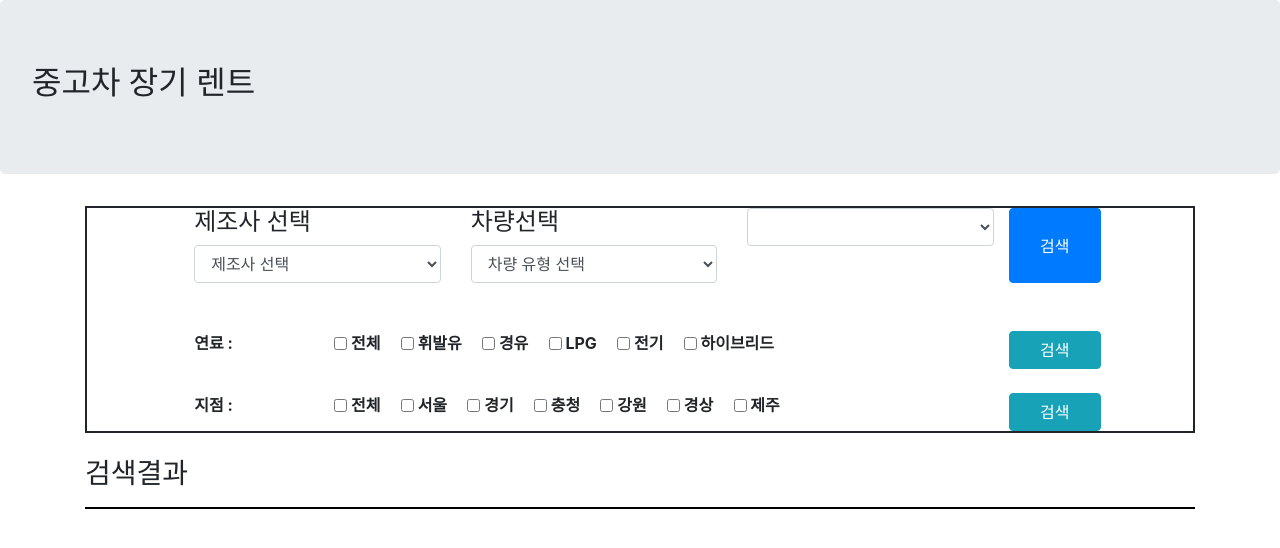
Repository: hyebinkim00/Project
Page: http://localhost/jsp/long_lent_oldcar/searchList.jsp
These files come from the project's save history. The page is drawn as it stood at one moment and after the next save; the edit follows.
The browser window is 1280 px wide. The pictures show the whole page.
The page is served by Tomcat 9. Other server files are loaded and not shown. Queries for data that is not in the repository find no rows.

Above is the page before, as saved 2020-09-22 08:35:11.

### jsp/WebContent/long_lent_oldcar/searchList.jsp
<%@page import="java.net.URLEncoder"%>
<%@ page language="java" contentType="text/html; charset=UTF-8"
    pageEncoding="UTF-8"%>
<%@taglib prefix="c" uri="http://java.sun.com/jsp/jstl/core" %>
<%@taglib prefix="sql" uri="http://java.sun.com/jsp/jstl/sql"  %>

<%
request.setCharacterEncoding("utf-8");
String facname1 =request.getParameter("sellist1");
String cartype1 =request.getParameter("sellist2");
String carnum1 =request.getParameter("sellist3");

String checkBoxes1[] =request.getParameterValues("example1");
String chekcBoxex2[] =request.getParameterValues("example2");
%>
<!DOCTYPE html>
<html>
<head>
<meta charset="UTF-8">
  <meta name="viewport" content="width=device-width, initial-scale=1">
  <script src="https://ajax.googleapis.com/ajax/libs/jquery/3.5.1/jquery.min.js"></script>

  <script src="https://cdnjs.cloudflare.com/ajax/libs/popper.js/1.16.0/umd/popper.min.js"></script>
  <script src="https://maxcdn.bootstrapcdn.com/bootstrap/4.5.2/js/bootstrap.min.js"></script>
  <link rel="stylesheet" href="../resources/css/bootstrap.min.css" />

<title>중고차 장기 검색</title>

<script>
function subtest(){
let a=documenet.getElementById("sellist2").value;
alert(a);
}
</script>

<script>
$(document).ready(function(){
	$("input:checkbox[name=example1]").on("click",function(){
		if(($('#sellist1').val()!='제조사 선택') && ($('#sellist2').val()=='차량 유형 선택')){
			alert('차량 유형을 선택하세요!');
			$("input:checkbox[name=example1]").prop("checked", false);
			$('#sellist2').focus();
			$('#tess1').prop("disabled",true);
		}
		else{$('#tess1').prop("disabled",false);}
		let cont=$("input:checkbox[name=example1]:checked").length;
		alert(cont);
		let cont5=$("input:checkbox[name=example1]:checked").val();
		if(cont5=='전체'){$("input:checkbox[name=example1]").not(this).prop("disabled", "disabled");
		$("input:checkbox[name=example1]").not(this).prop("checked", false);

		}else {
	            $("input[name=example1]:checkbox").prop("disabled",false);
	        }
		if(cont>2){
			$(this).prop("checked", false);
			alert("2개이상 선택 불가능 ");
		}

	});

});
</script>

<script>
$(document).ready(function(){
	$("input:checkbox[name=example2]").on("click",function(){
		if(($('#sellist1').val()!='제조사 선택') && ($('#sellist2').val()=='차량 유형 선택')){
			alert('차량 유형을 선택하세요!');
			$("input:checkbox[name=example2]").prop("checked", false);
			$('#sellist2').focus();
			$('#tess2').prop("disabled",true);
		}
		else{$('#tess1').prop("disabled",false);}
		let cont=$("input:checkbox[name=example2]:checked").length;
		alert(cont);
		let cont5=$("input:checkbox[name=example2]:checked").val();
		if(cont5=='전체'){$("input:checkbox[name=example2]").not(this).prop("disabled", "disabled");
		$("input:checkbox[name=example2]").not(this).prop("checked", false);

		}else {
	            $("input[name=example2]:checkbox").prop("disabled",false);
	        }



		if(cont>2){
			$(this).prop("checked", false);
			alert("2개이상 선택 불가능 ");
		}

	});

});
</script>
</head>
<body>
<script>
function goDate1(){
	let form= document.userinput;
	document.getElementById("sellist2").value=null;
	form.submit();

}
</script>

<script>
function goDate2(){
	let form= document.userinput;
	document.getElementById("sellist3").value=null;
	form.submit();

}
</script>



<script>
function optest(){
	if((($('#sellist1').val()!='제조사 선택')) && (($('#sellist2').val()=='차량 유형 선택')) && ($("input:checkbox[name=example1]:checked").length!=0) ){
		alert('차량 유형을 먼저 선택하세요');
	$("input:checkbox[name=example1]").prop("checked", false);
	}

}</script>



<div class="jumbotron">
<h2>중고차 장기 렌트</h2>
  </div>



  <div class="container">

  <div class="container" style="border:solid 2px;">

 <form method="post" action="#" name="userinput" >
    <div class="row" >
     <span class="col-sm-1">&nbsp;</span>
     <div class="col-sm-3">
     <sql:setDataSource var="dataSource"
			url="jdbc:oracle:thin:@localhost:1521:XE"
			driver="oracle.jdbc.driver.OracleDriver"
			user="hr" password="hr"/>

			<sql:query var="resultSet" dataSource="${dataSource}">
			select distinct facname from member
			</sql:query>
		 <h4>제조사 선택</h4>
       <select  class="form-control" id="sellist1" name="sellist1" onchange="goDate1()" >
        <option>제조사 선택 </option>
        <c:forEach var="row" items="${resultSet.rows}">
        	<option value="<c:out value="${row.facname}"/>" <c:if test="${param.sellist1==row.facname}">selected</c:if>><c:out value="${row.facname}"/></option>
        </c:forEach>
      </select>
      </div>

      <sql:query var="resultSet" dataSource="${dataSource}">
			select distinct cartype from member where facname=?
			 <sql:param value="${param.sellist1}"/>
			</sql:query>

      <div class="col-sm-3">
     <h4>차량선택</h4>
      <select class="form-control" id="sellist2" name="sellist2" onchange="goDate2()"  >
        <option>차량 유형 선택</option>
        <option value="all" <c:if test="${param.sellist2=='all'}">selected</c:if>>전체</option>
       <c:forEach var="row" items="${resultSet.rows}">
				<option value="<c:out value="${row.cartype}"/>" <c:if test="${param.sellist2==row.cartype}">selected</c:if>><c:out value="${row.cartype}"/></option>
				</c:forEach>
      </select>
      </div>

      <div class="col-sm-3">
    <sql:query var="resultSet" dataSource="${dataSource}">
			select distinct carnum from member where facname=? and cartype=? order by carnum
			 <sql:param value="${param.sellist1}"/>
			 <sql:param value="${param.sellist2}"/>
			</sql:query>

			  <c:if test="${param.sellist2=='all'}">
      <sql:query var="resultSet" dataSource="${dataSource}">
       select distinct carnum from member where facname=? order by carnum
      <sql:param value="${param.sellist1}"/>
      </sql:query>
      </c:if>

      <select class="form-control" id="sellist3" name="sellist3" >
        <option disabled>차량 선택 </option>
       <c:forEach var="row" items="${resultSet.rows}">
				<option value="<c:out value="${row.carnum}"/>" <c:if test="${param.sellist3==row.carnum}">selected</c:if>><c:out value="${row.carnum}"/></option>
				</c:forEach>
      </select>
      </div>

 <input id="tess" type="submit" class="btn btn-primary col-sm-1" value="검색" onclick="optest()">


    </div>


  <br><br>


     <div class="row">
     <span class="col-sm-1"> &nbsp;&nbsp;&nbsp;</span>
    <span class="col-sm-1"><strong>연료 :</strong></span>

     <div class="col-sm-8">
      <span class="col-sm-1">&nbsp;&nbsp;&nbsp;</span>
     <c:if test="${not empty paramValues.example1 }">

     <c:set var="ff" value="${paramValues.example1[0]}"/>
     <c:set var="ff1" value="${paramValues.example1[1]}"/>
      </c:if>
    <div class="form-check-inline">
       <input <c:if test="${ff=='전체' or ff1=='전체'}">checked</c:if>  type="checkbox" value="전체" name="example1"><strong>&nbsp;전체&nbsp;</strong>
    </div>
    <div class="form-check-inline">
      <input <c:if test="${ff=='휘발유' or ff1=='휘발유'}">checked</c:if>   type="checkbox" value="휘발유" name="example1"><strong>&nbsp;휘발유&nbsp;</strong>
    </div>
     <div class="form-check-inline">
      <input <c:if test="${ff=='경유' or ff1=='경유'}">checked</c:if>    type="checkbox" value="경유" name="example1"><strong>&nbsp;경유&nbsp;</strong>
    </div>
     <div class="form-check-inline">
      <input <c:if test="${ff=='LPG' or ff1=='LPG'}">checked</c:if>   type="checkbox" value="LPG" name="example1"><strong>&nbsp;LPG&nbsp;</strong>
    </div>
    <div class="form-check-inline">
      <input  <c:if test="${ff=='전기' or ff1=='전기'}">checked</c:if>    type="checkbox" value="전기" name="example1"><strong>&nbsp;전기&nbsp;</strong>
    </div>
    <div class="form-check-inline">
      <input <c:if test="${ff=='하이브리드' or ff1=='하이브리드'}">checked</c:if>   type="checkbox" value="하이브리드" name="example1"><strong>&nbsp;하이브리드&nbsp;</strong>
    </div>
    <c:remove var="ff"/>
    <c:remove var="ff1"/>
    </div>



   <input id="tess1" type="submit" value="검색" class= "btn btn-info col-sm-1" onclick="optest()">
  </div>





  <br>


     <div class="row">
     <span class="col-sm-1">&nbsp;&nbsp;&nbsp;</span>
    <span class="col-sm-1"><strong>지점 :</strong></span>

    <div class="col-sm-8">
     <span class="col-sm-1">&nbsp;&nbsp;&nbsp;</span>
       <c:if test="${not empty paramValues.example2 }">

     <c:set var="dd" value="${paramValues.example2[0]}"/>
     <c:set var="dd1" value="${paramValues.example2[1]}"/>
      </c:if>
    <div class="form-check-inline">
       <input <c:if test="${dd=='전체' or dd1=='전체'}">checked</c:if> type="checkbox" value="전체" name="example2"><strong>&nbsp;전체&nbsp;</strong>
    </div>

    <div class="form-check-inline">
      <input  <c:if test="${dd=='서울' or dd1=='서울'}">checked</c:if> type="checkbox" value="서울" name="example2"><strong>&nbsp;서울&nbsp;</strong>
    </div>

     <div class="form-check-inline">
      <input  <c:if test="${dd=='경기' or dd1=='경기'}">checked</c:if> type="checkbox" value="경기" name="example2"><strong>&nbsp;경기&nbsp;</strong>
    </div>

     <div class="form-check-inline">
      <input  <c:if test="${dd=='충청' or dd1=='충청'}">checked</c:if> type="checkbox" value="충청" name="example2"><strong>&nbsp;충청&nbsp;</strong>
    </div>

    <div class="form-check-inline">
      <input <c:if test="${dd=='강원' or dd1=='강원'}">checked</c:if> type="checkbox" value="강원" name="example2"><strong>&nbsp;강원&nbsp;</strong>
    </div>

    <div class="form-check-inline">
      <input <c:if test="${dd=='경상' or dd1=='경상'}">checked</c:if> type="checkbox" value="경상" name="example2"><strong>&nbsp;경상&nbsp;</strong>
    </div>

    <div class="form-check-inline">
      <input <c:if test="${dd=='제주' or dd1=='제주'}">checked</c:if> type="checkbox" value="제주" name="example2"><strong>&nbsp;제주&nbsp;</strong>
    </div>
     <c:remove var="dd"/>
    <c:remove var="dd1"/>
    </div>
    <input id="tess2" type="submit" value="검색" class="btn btn-info col-sm-1" onclick="optest()">
  </div>
    </form>


  </div>
</div>



<div class="container">
<br>
<h3>검색결과</h3>
<hr style="border: solid 1px black " />

<div class="row" >

<sql:setDataSource var="dataSource"
			url="jdbc:oracle:thin:@localhost:1521:XE"
			driver="oracle.jdbc.driver.OracleDriver"
			user="hr" password="hr"/>



<c:choose>
<c:when test="${param.sellist1==null or param.sellist2==null or param.sellist3==null}">
<sql:query var="resultSet" dataSource="${dataSource}">
			select * from member
			</sql:query>

<c:if test="${not empty paramValues.example1 and empty paramValues.example2}">
 	<c:set var="ff" value="${paramValues.example1[0]}"/>
    <c:set var="ff1" value="${paramValues.example1[1]}"/>

<sql:query var="resultSet" dataSource="${dataSource}">
select * from member where fuel=? or fuel=?
 <sql:param value="${ff}"/>
 <sql:param value="${ff1}"/>

</sql:query>

 <c:if test="${ff=='전체'}">
		<sql:query var="resultSet" dataSource="${dataSource}">
			select * from member
			</sql:query>
  </c:if>

</c:if>

  <c:if test="${empty paramValues.example1 and  not empty paramValues.example2 }">

 <c:set var="dd" value="${paramValues.example2[0]}"/>
     <c:set var="dd1" value="${paramValues.example2[1]}"/>
<sql:query var="resultSet" dataSource="${dataSource}">
select * from member where lentoffice=? or lentoffice=?

 <sql:param value="${dd}"/>
 <sql:param value="${dd1}"/>

</sql:query>

 <c:if test="${dd=='전체'}">
		<sql:query var="resultSet" dataSource="${dataSource}">
			select * from member
			</sql:query>
  </c:if>

</c:if>

  <c:if test="${not empty paramValues.example1 and not empty paramValues.example2}">
 <c:set var="ff" value="${paramValues.example1[0]}"/>
     <c:set var="ff1" value="${paramValues.example1[1]}"/>
      <c:set var="dd" value="${paramValues.example2[0]}"/>
     <c:set var="dd1" value="${paramValues.example2[1]}"/>

<sql:query var="resultSet" dataSource="${dataSource}">
select * from (select * from member where fuel=? or fuel=?) where lentoffice=? or lentoffice=?


 <sql:param value="${ff}"/>
 <sql:param value="${ff1}"/>
  <sql:param value="${dd}"/>
 <sql:param value="${dd1}"/>
</sql:query>


 <c:if test="${ff=='전체' and dd=='전체'}">
		<sql:query var="resultSet" dataSource="${dataSource}">
			select * from member
			</sql:query>
  </c:if>

  <c:if test="${ff=='전체' and dd!='전체'}">
		<sql:query var="resultSet" dataSource="${dataSource}">
			select * from member where lentoffice=? or lentoffice=?
			  <sql:param value="${dd}"/>
 			<sql:param value="${dd1}"/>
			</sql:query>
  </c:if>
    <c:if test="${ff!='전체' and dd=='전체'}">
		<sql:query var="resultSet" dataSource="${dataSource}">
			select * from member where fuel=? or fuel=?
			<sql:param value="${ff}"/>
 			<sql:param value="${ff1}"/>
			</sql:query>
  </c:if>


</c:if>
</c:when>

	<c:when test="${empty paramValues.example1 and not empty param.sellist3 and not empty paramValues.example2}">

	<sql:query var="resultSet" dataSource="${dataSource}">
	<c:set var="dd" value="${paramValues.example2[0]}"/>
     <c:set var="dd1" value="${paramValues.example2[1]}"/>
	select * from member where facname=? and cartype=? and carnum=? and lentoffice=? or lentoffice=?
	<sql:param value="${param.sellist1}"></sql:param>
	<sql:param value="${param.sellist2}"></sql:param>
	<sql:param value="${param.sellist3}"></sql:param>
	 <sql:param value="${dd}"/>
	  <sql:param value="${dd1}"/>
	</sql:query>


	<c:if test="${param.sellist2=='all' and dd!='전체'}">
	<sql:query var="resultSet" dataSource="${dataSource}">
	select * from member where facname=? and carnum=? and lentoffice=? or lentoffice=?
	<sql:param value="${param.sellist1}"></sql:param>
	<sql:param value="${param.sellist3}"></sql:param>
	<sql:param value="${dd}"/>
	  <sql:param value="${dd1}"/>
	</sql:query>
	</c:if>

	 <c:if test="${param.sellist2!='all' and  dd=='전체'}">
		<sql:query var="resultSet" dataSource="${dataSource}">
		select * from member where facname=? and cartype=? and carnum=?
	<sql:param value="${param.sellist1}"></sql:param>
	<sql:param value="${param.sellist2}"></sql:param>
	<sql:param value="${param.sellist3}"></sql:param>
			</sql:query>
  </c:if>

  <c:if test="${param.sellist2=='all' and dd=='전체'}">
	<sql:query var="resultSet" dataSource="${dataSource}">
	select * from member where facname=? and carnum=?
	<sql:param value="${param.sellist1}"></sql:param>
	<sql:param value="${param.sellist3}"></sql:param>

	</sql:query>
	</c:if>

</c:when>

	<c:when test="${empty paramValues.example1 and not empty param.sellist3 and empty paramValues.example2}">

	<sql:query var="resultSet" dataSource="${dataSource}">

	select * from member where facname=? and cartype=? and carnum=?
	<sql:param value="${param.sellist1}"></sql:param>
	<sql:param value="${param.sellist2}"></sql:param>
	<sql:param value="${param.sellist3}"></sql:param>

	</sql:query>


	<c:if test="${param.sellist2=='all'}">
	<sql:query var="resultSet" dataSource="${dataSource}">
	select * from member where facname=? and carnum=?
	<sql:param value="${param.sellist1}"></sql:param>
	<sql:param value="${param.sellist3}"></sql:param>
	</sql:query>
	</c:if>
</c:when>

<c:when test="${not empty paramValues.example1 and not empty param.sellist3 and  empty paramValues.example2}">

	<sql:query var="resultSet" dataSource="${dataSource}">
	<c:set var="ff" value="${paramValues.example1[0]}"/>
     <c:set var="ff1" value="${paramValues.example1[1]}"/>

select * from (select * from member where facname=? and cartype=? and carnum=?) where  fuel=? or fuel=?
	<sql:param value="${param.sellist1}"></sql:param>
	<sql:param value="${param.sellist2}"></sql:param>
	<sql:param value="${param.sellist3}"></sql:param>
	 <sql:param value="${ff}"/>
	  <sql:param value="${ff1}"/>
	</sql:query>


	<c:if test="${param.sellist2=='all' and ff!='전체'}">
	<sql:query var="resultSet" dataSource="${dataSource}">
	select * from (select * from member where facname=? and carnum=?) where fuel=? or fuel=?
	<sql:param value="${param.sellist1}"></sql:param>
	<sql:param value="${param.sellist3}"></sql:param>
	<sql:param value="${ff}"/>
	  <sql:param value="${ff1}"/>
	</sql:query>
	</c:if>

	 <c:if test="${param.sellist2!='all' and  ff=='전체'}">
		<sql:query var="resultSet" dataSource="${dataSource}">
		select * from member where facname=? and cartype=? and carnum=?
	<sql:param value="${param.sellist1}"></sql:param>
	<sql:param value="${param.sellist2}"></sql:param>
	<sql:param value="${param.sellist3}"></sql:param>
			</sql:query>
  </c:if>

  <c:if test="${param.sellist2=='all' and ff=='전체'}">
	<sql:query var="resultSet" dataSource="${dataSource}">
	select * from member where facname=? and carnum=?
	<sql:param value="${param.sellist1}"></sql:param>
	<sql:param value="${param.sellist3}"></sql:param>

	</sql:query>
	</c:if>

</c:when>


<c:when test="${not empty paramValues.example1 and not empty param.sellist3 and not empty paramValues.example2 and param.sellist2 !='all'}">
	<c:set var="ff" value="${paramValues.example1[0]}"/>
     <c:set var="ff1" value="${paramValues.example1[1]}"/>
      <c:set var="dd" value="${paramValues.example2[0]}"/>
     <c:set var="dd1" value="${paramValues.example2[1]}"/>

<sql:query var="resultSet" dataSource="${dataSource}">
select * from (select * from member where facname=? and cartype=? and carnum=?)
where fuel=? or fuel=? and  lentoffice=? or lentoffice=?

<sql:param value="${param.sellist1}"></sql:param>
<sql:param value="${param.sellist2}"></sql:param>
<sql:param value="${param.sellist3}"></sql:param>
 <sql:param value="${ff}"/>
 <sql:param value="${ff1}"/>
  <sql:param value="${dd}"/>
 <sql:param value="${dd1}"/>
</sql:query>

 <c:if test="${ff=='전체' and dd=='전체'}">
		<sql:query var="resultSet" dataSource="${dataSource}">
	select * from member where facname=? and cartype=? and carnum=?
	<sql:param value="${param.sellist1}"></sql:param>
	<sql:param value="${param.sellist2}"></sql:param>
	<sql:param value="${param.sellist3}"></sql:param>
			</sql:query>
  </c:if>

  <c:if test="${ff=='전체' and dd!='전체'}">
		<sql:query var="resultSet" dataSource="${dataSource}">
			select * from (select * from member where facname=? and cartype=? and carnum=?) where  lentoffice=? or lentoffice=?

			<sql:param value="${param.sellist1}"></sql:param>
			<sql:param value="${param.sellist2}"></sql:param>
			<sql:param value="${param.sellist3}"></sql:param>
			<sql:param value="${dd}"/>
 			<sql:param value="${dd1}"/>
			</sql:query>
  </c:if>
    <c:if test="${ff!='전체' and dd=='전체'}">
		<sql:query var="resultSet" dataSource="${dataSource}">
			select * from (select * from member where facname=? and cartype=? and carnum=?) where fuel=? or fuel=?

			<sql:param value="${param.sellist1}"></sql:param>
			<sql:param value="${param.sellist2}"></sql:param>
			<sql:param value="${param.sellist3}"></sql:param>
			<sql:param value="${ff}"/>
 			<sql:param value="${ff1}"/>
			</sql:query>
  </c:if>


</c:when>

<c:when test="${not empty paramValues.example1 and not empty param.sellist3 and not empty paramValues.example2 and param.sellist2 =='all'}">
	<c:set var="ff" value="${paramValues.example1[0]}"/>
     <c:set var="ff1" value="${paramValues.example1[1]}"/>
      <c:set var="dd" value="${paramValues.example2[0]}"/>
     <c:set var="dd1" value="${paramValues.example2[1]}"/>

<sql:query var="resultSet" dataSource="${dataSource}">
select * from (select * from member where facname=?  and carnum=?)
where fuel=? or fuel=? and  lentoffice=? or lentoffice=?

<sql:param value="${param.sellist1}"></sql:param>
<sql:param value="${param.sellist3}"></sql:param>
 <sql:param value="${ff}"/>
 <sql:param value="${ff1}"/>
  <sql:param value="${dd}"/>
 <sql:param value="${dd1}"/>
</sql:query>

 <c:if test="${ff=='전체' and dd=='전체'}">
		<sql:query var="resultSet" dataSource="${dataSource}">
	select * from member where facname=?  and carnum=?
	<sql:param value="${param.sellist1}"></sql:param>
	<sql:param value="${param.sellist3}"></sql:param>
			</sql:query>
  </c:if>

  <c:if test="${ff=='전체' and dd!='전체'}">
		<sql:query var="resultSet" dataSource="${dataSource}">
			select * from (select * from member where facname=? and carnum=?) where  lentoffice=? or lentoffice=?

			<sql:param value="${param.sellist1}"></sql:param>
			<sql:param value="${param.sellist3}"></sql:param>
			<sql:param value="${dd}"/>
 			<sql:param value="${dd1}"/>
			</sql:query>
  </c:if>
    <c:if test="${ff!='전체' and dd=='전체'}">
		<sql:query var="resultSet" dataSource="${dataSource}">
			select * from (select * from member where facname=? and carnum=?) where fuel=? or fuel=?

			<sql:param value="${param.sellist1}"></sql:param>
			<sql:param value="${param.sellist3}"></sql:param>
			<sql:param value="${ff}"/>
 			<sql:param value="${ff1}"/>
			</sql:query>
  </c:if>


</c:when>







<c:otherwise>선택 항목 없음</c:otherwise>

</c:choose>
</div>

<div class="container row">
		<c:forEach var="row" items="${resultSet.rows}">

		<c:url value="carLent.jsp" var="url"> <c:param name="carname" value="${row.id}" /></c:url>
  <div onclick="location.href='${url}'" class="card col-sm-6 " >
    <div class="row">
   <img class="card-img-top col-sm-7" src="../resources/images/${row.carname}.jpg" alt="Card image" width="150" height="150">
    <span class="col-sm-5"><br><br><br><strong> [<c:out value="${row.facname}"/>]<c:out value="${row.carname}"/></strong></span>
    </div>
    <div class="card-body">
    <div class="row">
    <div class="col-sm-6">
      <button type="button" class="btn btn-outline-dark " disabled>소비자가</button>
      <strong><c:out value="${row.carPrice }"></c:out></strong></div>
      <div class="col-sm-6">
      <button type="button" class="btn btn-outline-danger" >월 렌탈료</button>
      <strong style="color:red"><c:out value="${row.monthPrice }"></c:out>원~</strong></div>
     </div>
      <hr style="border:1px solid"></hr>
      <div class="row">
      <ul class="col-sm-6">
      <li>차량번호 <span>${row.id}</span></li>
      <li>차량유형 <span>${row.cartype}</span></li>

      </ul>
      <ul class="col-sm-6">
      <li>연료 <span>${row.fuel}</span></li>
      <li>지점 <span>${row.lentoffice }</span></li>
      </ul>
     </div>

    </div>
  </div>
</c:forEach>
 </div>
    <c:remove var="ff"/>
    <c:remove var="ff1"/>

    <c:remove var="dd"/>
    <c:remove var="dd1"/>


  </div>







</body>
</html>

Loaded but not shown: jsp/WebContent/resources/css/bootstrap.min.css (library)

After the next save:
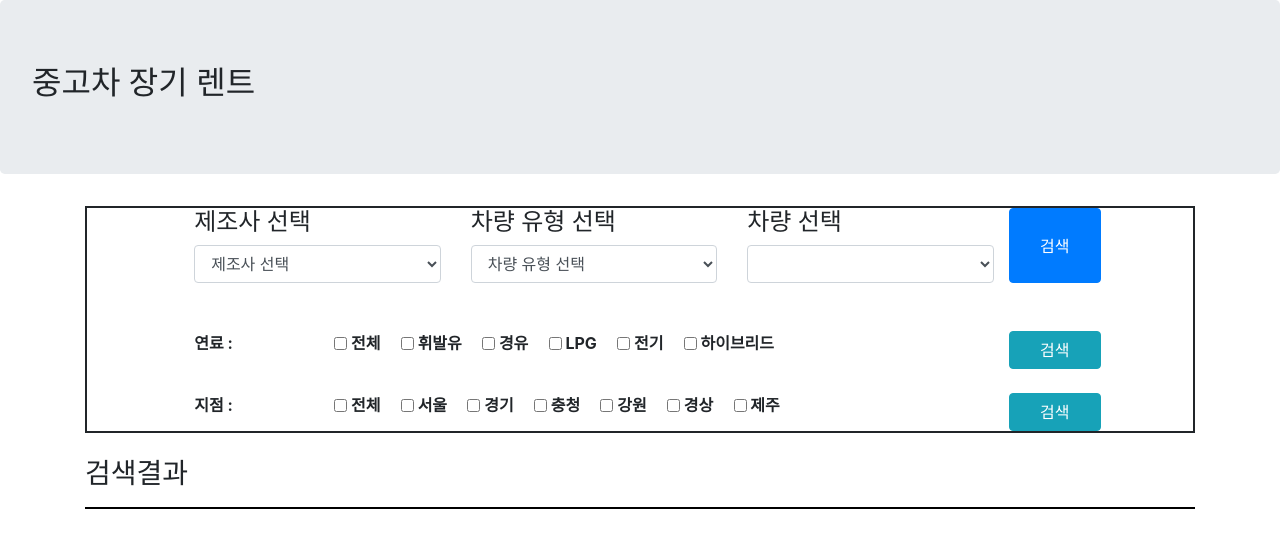
Saved 64 s later.
--- a/jsp/WebContent/long_lent_oldcar/searchList.jsp
+++ b/jsp/WebContent/long_lent_oldcar/searchList.jsp
@@ -163,7 +163,7 @@ function optest(){
 			</sql:query>
 
       <div class="col-sm-3">
-     <h4>차량선택</h4>
+     <h4>차량 유형 선택</h4>
       <select class="form-control" id="sellist2" name="sellist2" onchange="goDate2()"  >
         <option>차량 유형 선택</option>
         <option value="all" <c:if test="${param.sellist2=='all'}">selected</c:if>>전체</option>
@@ -186,7 +186,7 @@ function optest(){
       <sql:param value="${param.sellist1}"/>
       </sql:query>
       </c:if>
-
+      <h4>차량 선택</h4>
       <select class="form-control" id="sellist3" name="sellist3" >
         <option disabled>차량 선택 </option>
        <c:forEach var="row" items="${resultSet.rows}">
